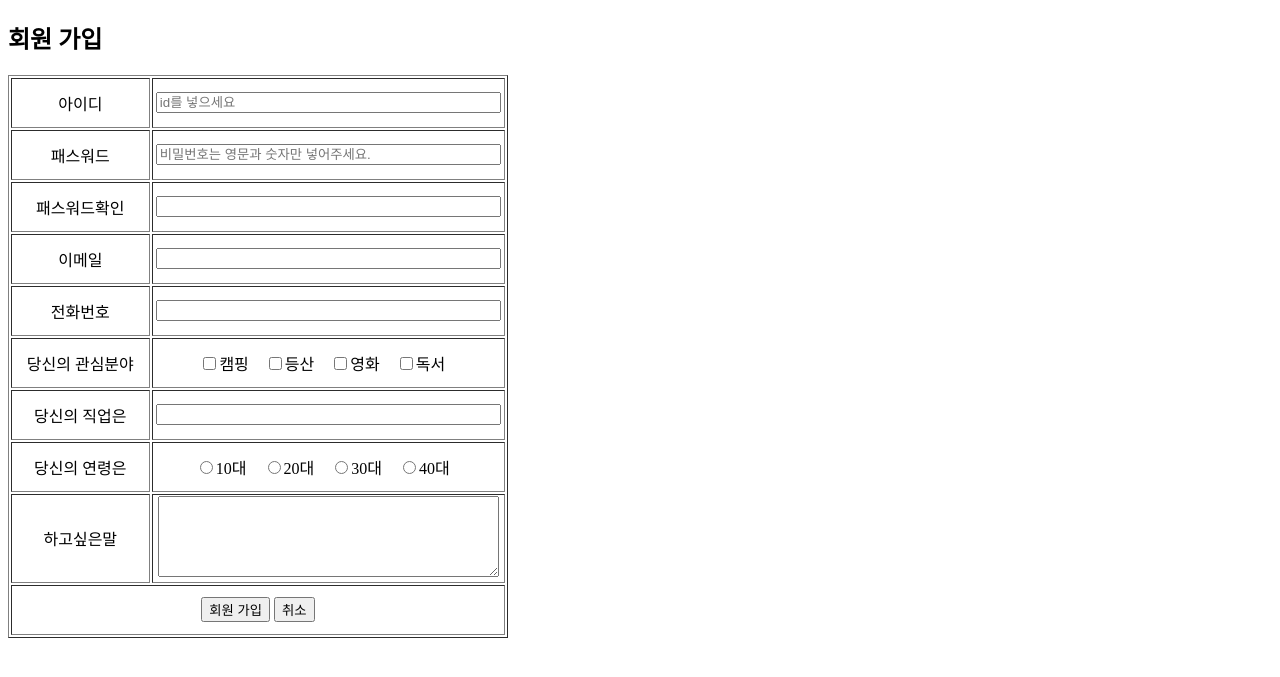
Repository: mungkeu/JSP_Web
Page: http://localhost/DataBase/MemberJoin.jsp
An editor plug-in stored every save of this project. The page is shown before and after the next save, followed by the edit.
The browser window is 1280 px wide. The pictures show the whole page.
The page is served by Tomcat 9. Other server files are loaded and not shown.

Above is the page before, as saved 2022-08-01 22:59:37.

### DataBase/src/main/webapp/MemberJoin.jsp
<%@ page language="java" contentType="text/html; charset=UTF-8"
    pageEncoding="UTF-8"%>
<!DOCTYPE html>
<html>
<head>
<meta charset="UTF-8">
<title>Insert title here</title>
</head>
<body>
	<h2> 회원 가입 </h2>
	<form action="" method="post">
	<table width="500" border="1">
	<tr height="50">
		<td width="150" align="center">아이디</td>
		<td width="350" align="center"><input type="text" name="id" size="40" placeholder="id를 넣으세요">
	</tr>
	<tr height="50">
		<td width="150" align="center">패스워드</td>
		<td width="350" align="center"><input type="password" name="pass1" size="40" placeholder="비밀번호는 영문과 숫자만 넣어주세요.">
	</tr>
	<tr height="50">
		<td width="150" align="center">패스워드확인</td>
		<td width="350" align="center"><input type="password" name="pass2" size="40">
	</tr>
	<tr height="50">
		<td width="150" align="center">이메일</td>
		<td width="350" align="center"><input type="email" name="email" size="40">
	</tr>
	<tr height="50">
		<td width="150" align="center">전화번호</td>
		<td width="350" align="center"><input type="tel" name="tel" size="40">
	</tr>
	<tr height="50">
		<td width="150" align="center">당신의 관심분야</td>
		<td width="350" align="center">
		<input type="checkbox" name="hobby" value="캠핑">캠핑 &nbsp;&nbsp;
		<input type="checkbox" name="hobby" value="등산">등산 &nbsp;&nbsp;
		<input type="checkbox" name="hobby" value="영화">영화 &nbsp;&nbsp;
		<input type="checkbox" name="hobby" value="독서">독서 &nbsp;&nbsp;
		</td>
	</tr>
	<tr height="50">
		<td width="150" align="center">당신의 직업은</td>
		<td width="350" align="center"><input type="text" name="id" size="40"
	</tr>
	<tr height="50">
		<td width="150" align="center">당신의 연령은</td>
		<td width="350" align="center">
		<input type="radio" name="age" value="10">10대 &nbsp;&nbsp;
		<input type="radio" name="age" value="20">20대 &nbsp;&nbsp;
		<input type="radio" name="age" value="30">30대 &nbsp;&nbsp;
		<input type="radio" name="age" value="40">40대 &nbsp;&nbsp;
		</td>
	</tr>
	<tr height="50">
		<td width="150" align="center">하고싶은말</td>
		<td width="350" align="center">
		<textarea rows="5" cols="40" name="info"></textarea>
	</tr>
	<tr height="50">
		<td align="center" colspan="2">
		<input type="submit" value="회원 가입">
		<input type="reset" value="취소">
		</td>
	</tr>
	</table>
	</form>
</body>
</html>

After the next save:
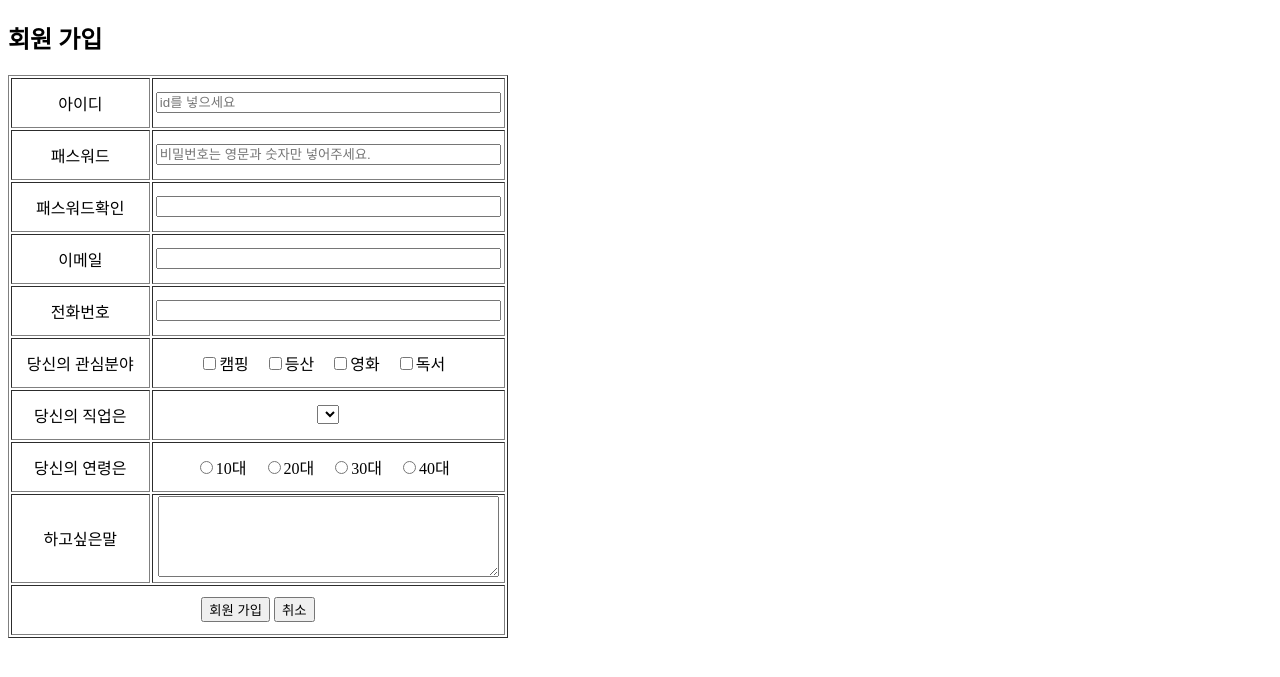
Saved 71 s later.
--- a/DataBase/src/main/webapp/MemberJoin.jsp
+++ b/DataBase/src/main/webapp/MemberJoin.jsp
@@ -41,7 +41,10 @@
 	</tr>
 	<tr height="50">
 		<td width="150" align="center">당신의 직업은</td>
-		<td width="350" align="center"><input type="text" name="id" size="40"
+		<td width="350" align="center">
+		<select name="job">
+		<oprion value="교사">교사</oprion>
+		</select></td>
 	</tr>
 	<tr height="50">
 		<td width="150" align="center">당신의 연령은</td>
